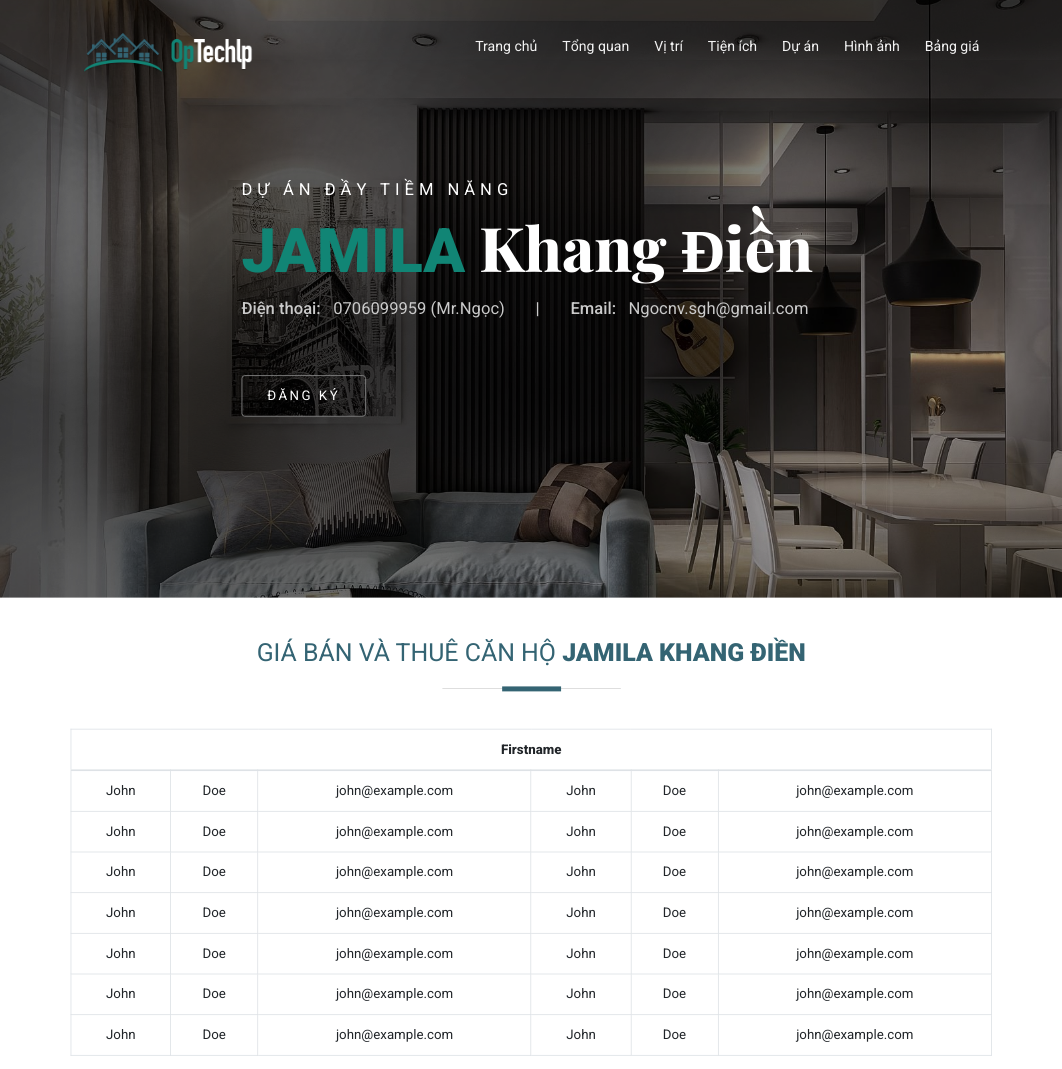
Repository: phunobi1807/Myweb
Page: index.html
These files come from the project's save history. The page is drawn as it stood at one moment and after the next save; the edit follows.
The browser window is 1280 px wide. The pictures show the whole page, at 83% of full size.
Some web fonts or font styles are not loaded; a fallback is used.

Above is the page before, as saved 2021-05-14 11:48:00.

### index.html
<!DOCTYPE html>
<html lang="en">

<head>
    <meta charset="UTF-8">
    <meta http-equiv="X-UA-Compatible" content="IE=edge">
    <meta name="viewport" content="width=device-width, initial-scale=1.0">
    <link rel="stylesheet" type="text/css" href="./css/style.css">
    <title>JAMILA Khang Điền</title>
</head>

<body>
    <header>
        <a href="#" class="logo">
            <img src="./image/logo-banner.png" alt="logo">
        </a>
        <div class="menuToggle" onclick="toggleMenu"></div>
        <ul class="navigation">
            <li><a href="#" onclick="toggleMenu">Trang chủ</a></li>
            <li><a href="#" onclick="toggleMenu">Tổng quan</a></li>
            <li><a href="#" onclick="toggleMenu">Vị trí</a></li>
            <li><a href="#" onclick="toggleMenu">Tiện ích</a></li>
            <li><a href="#" onclick="toggleMenu">Dự án</a></li>
            <li><a href="#" onclick="toggleMenu">Hình ảnh</a></li>
            <li><a href="#" onclick="toggleMenu">Bảng giá</a></li>
        </ul>
    </header>
    <section class="banner" id="banner">
        <div class="content">
            <p class="title">dự án đầy tiềm năng</p>
            <h3><strong>JAMILA</strong> Khang Điền</h3>
            <div class="content-contact">
                <p class="phone">Điện thoại: <span class="number-phone">0706099959 (Mr.Ngọc)</span></p>
                <div class="gachgiua">|</div>
                <p class="email">Email: <span class="email">Ngocnv.sgh@gmail.com</span></p>
            </div>
            <div class="input">
                <input type="button" class="btn btn-outline" value="Đăng ký">
            </div>
        </div>
    </section>
    <section class="price-apartment mt-5">
        <div class="container text-center">
            <div class="list-price-apartment">
                <h1>giá bán và thuê căn hộ <span>jamila khang điền</span></h1>
                <div class="gach-chan">
                    <div class="gachchan"></div>
                </div>
                <table class="table table-bordered mt-5">
                    <thead>
                        <tr>
                            <th colspan="6">Firstname</th>
                        </tr>
                    </thead>
                    <tbody>
                        <tr>
                            <td>John</td>
                            <td>Doe</td>
                            <td>john@example.com</td>
                            <td>John</td>
                            <td>Doe</td>
                            <td>john@example.com</td>
                        </tr>
                        <tr>
                            <td>John</td>
                            <td>Doe</td>
                            <td>john@example.com</td>
                            <td>John</td>
                            <td>Doe</td>
                            <td>john@example.com</td>
                        </tr>
                        <tr>
                            <td>John</td>
                            <td>Doe</td>
                            <td>john@example.com</td>
                            <td>John</td>
                            <td>Doe</td>
                            <td>john@example.com</td>
                        </tr>
                        <tr>
                            <td>John</td>
                            <td>Doe</td>
                            <td>john@example.com</td>
                            <td>John</td>
                            <td>Doe</td>
                            <td>john@example.com</td>
                        </tr>
                        <tr>
                            <td>John</td>
                            <td>Doe</td>
                            <td>john@example.com</td>
                            <td>John</td>
                            <td>Doe</td>
                            <td>john@example.com</td>
                        </tr>
                        <tr>
                            <td>John</td>
                            <td>Doe</td>
                            <td>john@example.com</td>
                            <td>John</td>
                            <td>Doe</td>
                            <td>john@example.com</td>
                        </tr>
                        <tr>
                            <td>John</td>
                            <td>Doe</td>
                            <td>john@example.com</td>
                            <td>John</td>
                            <td>Doe</td>
                            <td>john@example.com</td>
                        </tr>

                    </tbody>

                </table>
            </div>
        </div>
    </section>
    <link rel="stylesheet" href="https://maxcdn.bootstrapcdn.com/bootstrap/4.5.2/css/bootstrap.min.css">
    <script src="https://ajax.googleapis.com/ajax/libs/jquery/3.5.1/jquery.min.js"></script>
    <script src="https://cdnjs.cloudflare.com/ajax/libs/popper.js/1.16.0/umd/popper.min.js"></script>
    <script src="https://maxcdn.bootstrapcdn.com/bootstrap/4.5.2/js/bootstrap.min.js"></script>
    <script type="text/javascript">
        window.addEventListener('scroll', function() {
            const header = document.querySelector('header');
            header.classList.toggle("sticky", window.scrollY > 0);
        });

        function toggleMenu() {
            const menutoggle = document.querySelector('.menuToggle');
            const navigation = document.querySelector('.navigation');
            menuToggle.classList.toggle('active');
            navigation.classList.toggle('active');
        }
    </script>
</body>

</html>
<!-- <script type="text/javascript">
    window.addEventListener('scroll', function() {
        const header = document.querySelector('header');
        header.classList.toggle("sticky", window.scrollY > 0);
    });

    function toggleMenu() {
        const menuToggle = document.querySelector('.menuToggle');
        const navigation = document.querySelector('.navigation');
        menuToggle.classList.toggle('active');
        navigation.classList.toggle('active');
    }
</script> -->

### css/style.css
    @import url(https://fonts.googleapis.com/css2?family=Roboto:wght@100;200;300;400;500;600;800;900&display=swap);
    @import url(https://fonts.googleapis.com/css2?family=Playfair+Display:wght@100;200;300;400;500;600;800;900&display=swap);
    * {
        margin: 0;
        padding: 0;
        box-sizing: border-box;
        font-family: 'Roboto', 'Regular';
        scroll-behavior: smooth;
    }

    body {
        overflow-x: hidden;
    }

    p {
        font-weight: 300;
        color: #ffffff;
    }

    .banner {
        position: relative;
        width: 100%;
        min-height: 100vh;
        display: flex;
        justify-content: center;
        align-items: center;
        background: url('../image/banner.png');
        background-size: cover;
    }

    .banner .content {
        max-width: 900px;
        text-align: left;
    }

    .banner .content p.title {
        font-size: 20px;
        opacity: 100%;
        text-transform: uppercase;
        font-weight: 400;
        letter-spacing: 6px;
        line-height: 20px;
        color: #ffffff;
    }

    .banner .content h3 {
        font-family: 'Playfair Display', serif;
        font-size: 74px;
        font-style: bold;
        font-weight: 700;
        color: #ffffff;
        text-align: left;
    }

    .banner .content h3 strong {
        color: #118575;
    }

    .banner .content .content-contact {
        margin-bottom: 50px;
    }

    .banner .content .content-contact,
    p {
        display: flex;
        color: #cacaca;
        font-size: 20px;
        font-style: bold;
        font-weight: 500;
    }

    .banner .content .content-contact p span {
        padding: 0px 15px;
        font-weight: 400;
        font-style: normal;
        color: #cacaca;
    }

    .banner .content .content-contact .gachgiua {
        padding-right: 15px;
        margin: 0px 22px;
    }

    .banner .content .input input {
        width: 150px;
        height: 50px;
        border: 1px solid;
        /* opacity: 40%; */
        color: #ffffff;
        border-color: #8a8a8a;
        text-transform: uppercase;
        letter-spacing: 3px;
        transition: 0.5s;
    }

    .banner .content .input input:hover {
        width: 160px;
        transition: 0.5s;
        background-color: #118575;
    }

    .banner .content .input input::-ms-value {
        color: red;
    }

    header {
        position: fixed;
        top: 0;
        left: 0;
        width: 100%;
        padding: 40px 100px;
        z-index: 10;
        display: flex !important;
        justify-content: space-between;
        align-items: center;
        transition: 0.5s;
    }

    header.sticky {
        background: rgb(43, 43, 43);
        padding: 10px 100px;
        box-shadow: 0 5px 20px rgba(0, 0, 0, 0.05);
    }

    header.sticky ul {
        margin-top: 14px;
        line-height: 14px;
    }

    header .navigation {
        position: relative;
        display: flex;
    }

    header .navigation li {
        list-style-type: none;
        margin-left: 30px;
    }

    header .navigation li a {
        opacity: 100%;
        font-size: 17px;
        text-decoration: none;
        color: #f2f2f2;
        line-height: 20px;
    }

    header.sticky .navigation li a {
        color: #fff;
    }

    header .navigation li a:hover {
        color: #118575;
        letter-spacing: 3px;
        transition: 1s;
        text-transform: uppercase;
    }
    /* giá bán căn hộ trong bảng  */

    .price-apartment h1 {
        font-size: 30px;
        text-transform: uppercase;
        font-weight: 400;
        color: #346473;
    }

    .price-apartment h1 span {
        font-weight: 900;
    }

    .price-apartment .gach-chan {
        border-bottom: 1px solid #d7d7d7;
        width: 215px;
        margin-left: 28rem;
        z-index: 1;
        margin-top: 25px;
    }

    .price-apartment .gachchan {
        position: absolute;
        border: 3px solid #346473;
        width: 71px;
        margin-left: 4.5rem;
        z-index: 10;
        margin-top: -2.5px;
    }
    /* end giá bán căn hộ trong bảng  */

After the next save:
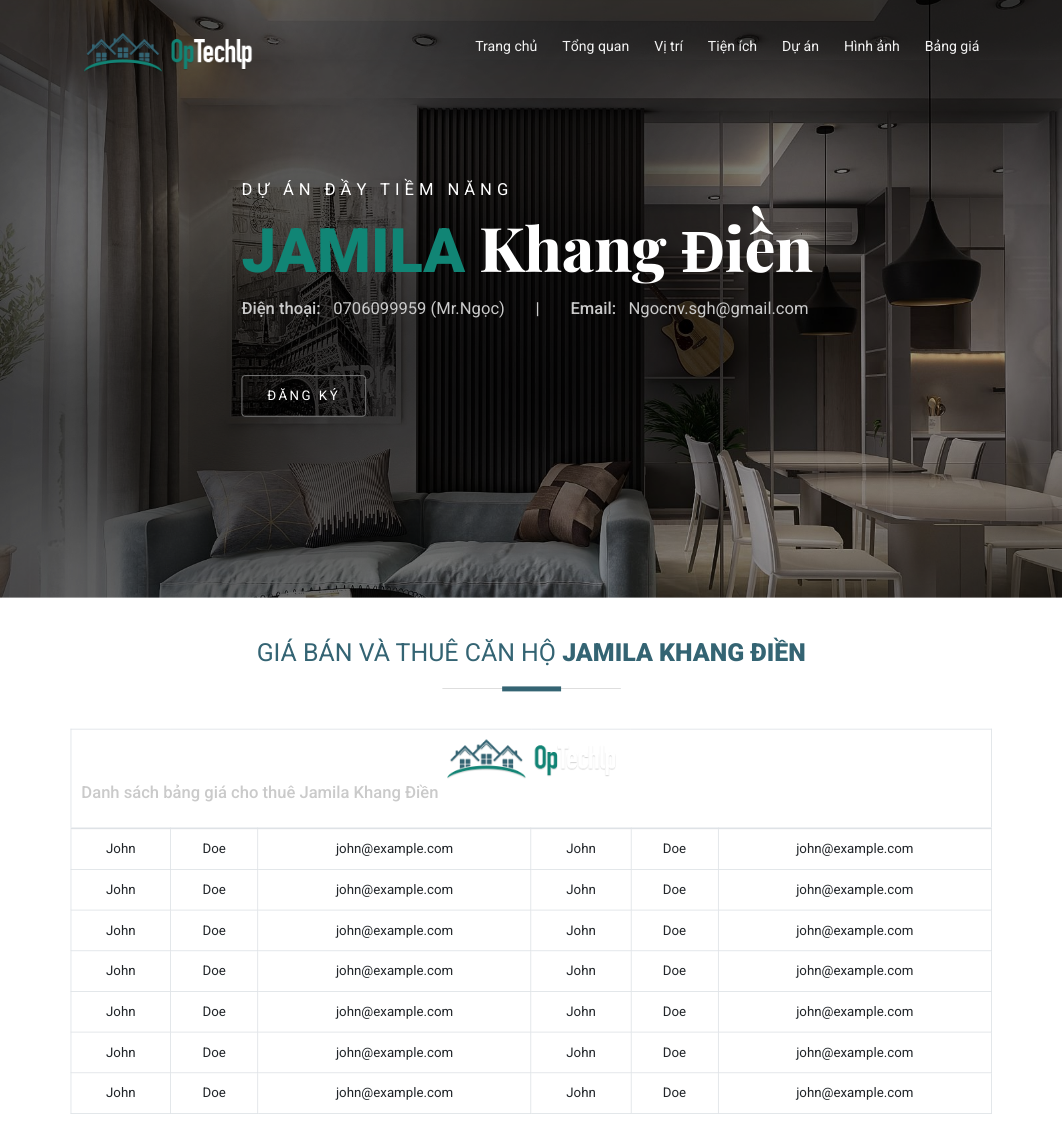
Saved 2 min 46 s later.
--- a/index.html
+++ b/index.html
@@ -49,7 +49,10 @@
                 <table class="table table-bordered mt-5">
                     <thead>
                         <tr>
-                            <th colspan="6">Firstname</th>
+                            <th colspan="6">
+                                <img src="./image/logo-banner.png" alt="">
+                                <p>Danh sách bảng giá cho thuê Jamila Khang Điền</p>
+                            </th>
                         </tr>
                     </thead>
                     <tbody>
